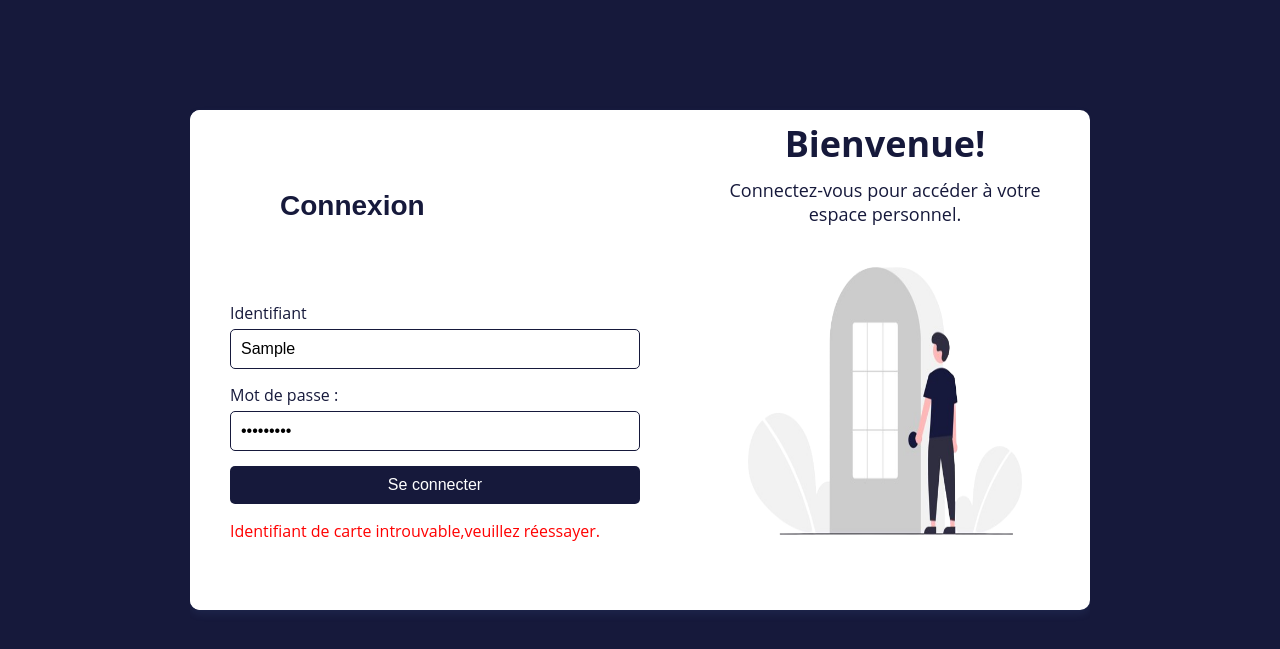
Repository: ndiawar/ProjetGab
Page: home.html
An editor plug-in stored every save of this project. The page is shown before and after the next save, followed by the edit.
The browser window is 1280 px wide. The pictures show the whole page.
Empty fields were first filled with sample values (such as "Sample", 5 or name@example.com).
After loading, the first visible `#loginForm` was submitted once.

Above is the page before, as saved 2024-08-07 17:17:27.

After the next save:
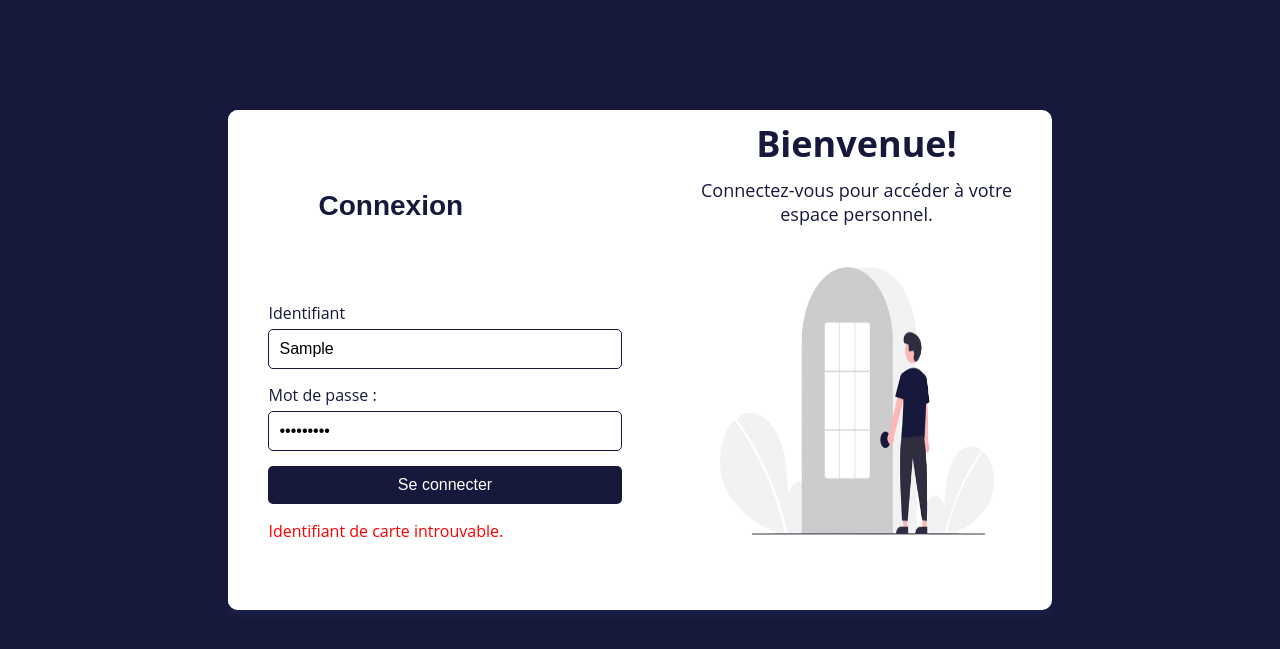
Saved 18 min 47 s later.
--- a/script.js
+++ b/script.js
@@ -1,30 +1,40 @@
-let utilisateurs = [];
+const utilisateurs = [
+    { idCard: '1001', mdp: '51234', etatCmpt: false, nom: 'Dupont', prenom: 'Jean' },
+    { idCard: '1002', mdp: '95678', etatCmpt: false, nom: 'Martin', prenom: 'Marie' },
+    { idCard: '1003', mdp: '45637', etatCmpt: false, nom: 'Durand', prenom: 'Pierre' },
+    { idCard: '1004', mdp: '98712', etatCmpt: false, nom: 'Leroy', prenom: 'Luc' },
+    { idCard: '1005', mdp: '45632', etatCmpt: false, nom: 'Moreau', prenom: 'Sophie' },
+    { idCard: '1006', mdp: '54832', etatCmpt: false, nom: 'Simon', prenom: 'Laura' },
+    { idCard: '1007', mdp: '12345', etatCmpt: false, nom: 'Lambert', prenom: 'Alex' },
+    { idCard: '1008', mdp: '67890', etatCmpt: false, nom: 'Garcia', prenom: 'Elena' },
+    { idCard: '1009', mdp: '11223', etatCmpt: false, nom: 'Bernard', prenom: 'Nicolas' },
+    { idCard: '1010', mdp: '44556', etatCmpt: false, nom: 'Petit', prenom: 'Lucie' }
+];
 
-// On va utilisée la méthode fetch pour utiliser les données du fichier JSON
-fetch('utilisateurs.json')
-    .then(response => response.json())
-    .then(data => {
-        utilisateurs = data;
-        console.log(utilisateurs);
-    })
-    .catch(error => console.error('Erreur lors du chargement des utilisateurs:', error));
+// Save initial user data to localStorage if not already set
+if (!localStorage.getItem('utilisateurs')) {
+    localStorage.setItem('utilisateurs', JSON.stringify(utilisateurs));
+}
 
-// On récupère les éléments pour interagir avec le DOM
+const maxAttempts = 3;
+const userAttempts = JSON.parse(localStorage.getItem('userAttempts')) || {};
+
+// Load users from localStorage
+let storedUsers = JSON.parse(localStorage.getItem('utilisateurs')) || [];
+
 const loginForm = document.getElementById('loginForm');
 const errorMessage = document.getElementById('errorMessage');
 
-// On déclare la fonction envoie du formulaire
 loginForm.addEventListener('submit', function(event) {
     event.preventDefault();
 
     const identifiant = document.getElementById('identifiant').value;
     const password = document.getElementById('password').value;
 
-    // On recherche l'id du client dans le tableau et on l'enregistre sur la variable utilisateur
-    const utilisateur = utilisateurs.find(u => u.idCard === identifiant);
+    const utilisateur = storedUsers.find(u => u.idCard === identifiant);
 
     if (!utilisateur) {
-        errorMessage.textContent = "Identifiant de carte introuvable,veuillez réessayer.";
+        errorMessage.textContent = "Identifiant de carte introuvable.";
         errorMessage.style.display = "block";
         return;
     }
@@ -35,16 +45,28 @@ loginForm.addEventListener('submit', function(event) {
         return;
     }
 
+    if (!userAttempts[identifiant]) {
+        userAttempts[identifiant] = 0;
+    }
+
     if (utilisateur.mdp !== password) {
-        errorMessage.textContent = "Mot de passe incorrect, veuillez saisir un mot de passe valide.";
-        errorMessage.style.display = "block";
+        userAttempts[identifiant]++;
+        if (userAttempts[identifiant] >= maxAttempts) {
+            utilisateur.etatCmpt = true;
+            localStorage.setItem('utilisateurs', JSON.stringify(storedUsers));
+            errorMessage.textContent = "Compte bloqué après trois tentatives échouées.";
+            errorMessage.style.display = "block";
+        } else {
+            localStorage.setItem('userAttempts', JSON.stringify(userAttempts));
+            errorMessage.textContent = `Mot de passe incorrect. Tentative ${userAttempts[identifiant]} sur ${maxAttempts}.`;
+            errorMessage.style.display = "block";
+        }
         return;
     }
 
-    // Successful login
+    userAttempts[identifiant] = 0; // Reset attempts on successful login
+    localStorage.setItem('userAttempts', JSON.stringify(userAttempts));
     alert(`Authentification réussie! Bienvenue, ${utilisateur.prenom} ${utilisateur.nom}.`);
     errorMessage.style.display = "none";
-
-    // Redirect to the user's dashboard or main page
-    window.location.href = './bienvenue.html'; // Replace with actual dashboard URL
+    window.location.href = 'dashboard.html'; // Replace with actual dashboard URL
 });
